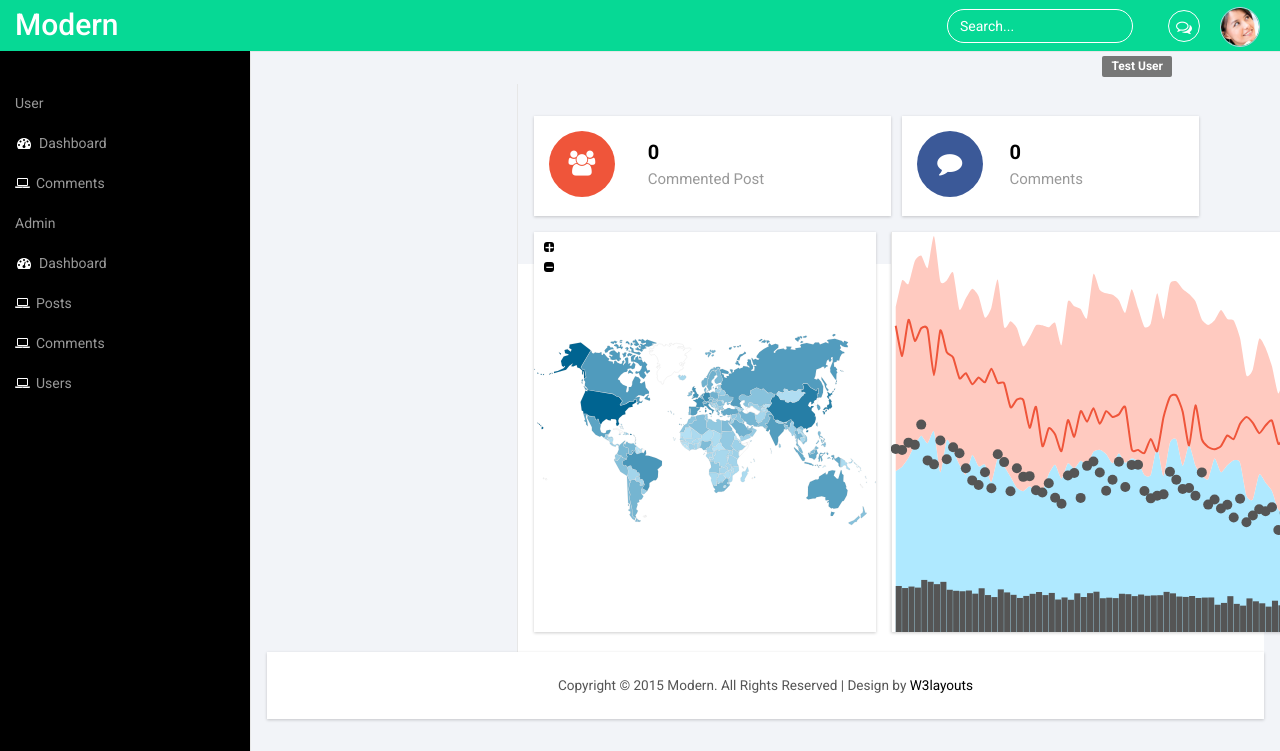
Repository: NomanMustafa/laravel-blog
Page: http://localhost/user/dashboard
These files come from the project's save history. The page is drawn as it stood at one moment and after the next save; the edit follows.
The browser window is 1280 px wide. The pictures show the whole page.
The page is served by the project's Laravel application, run on PHP 8.4 with Laravel 8. A made-up administrator, Test User (test@example.com), is signed in. Queries for data that is not in the repository find no rows.

Above is the page before, as saved 2020-07-06 14:42:32.

After the next save:
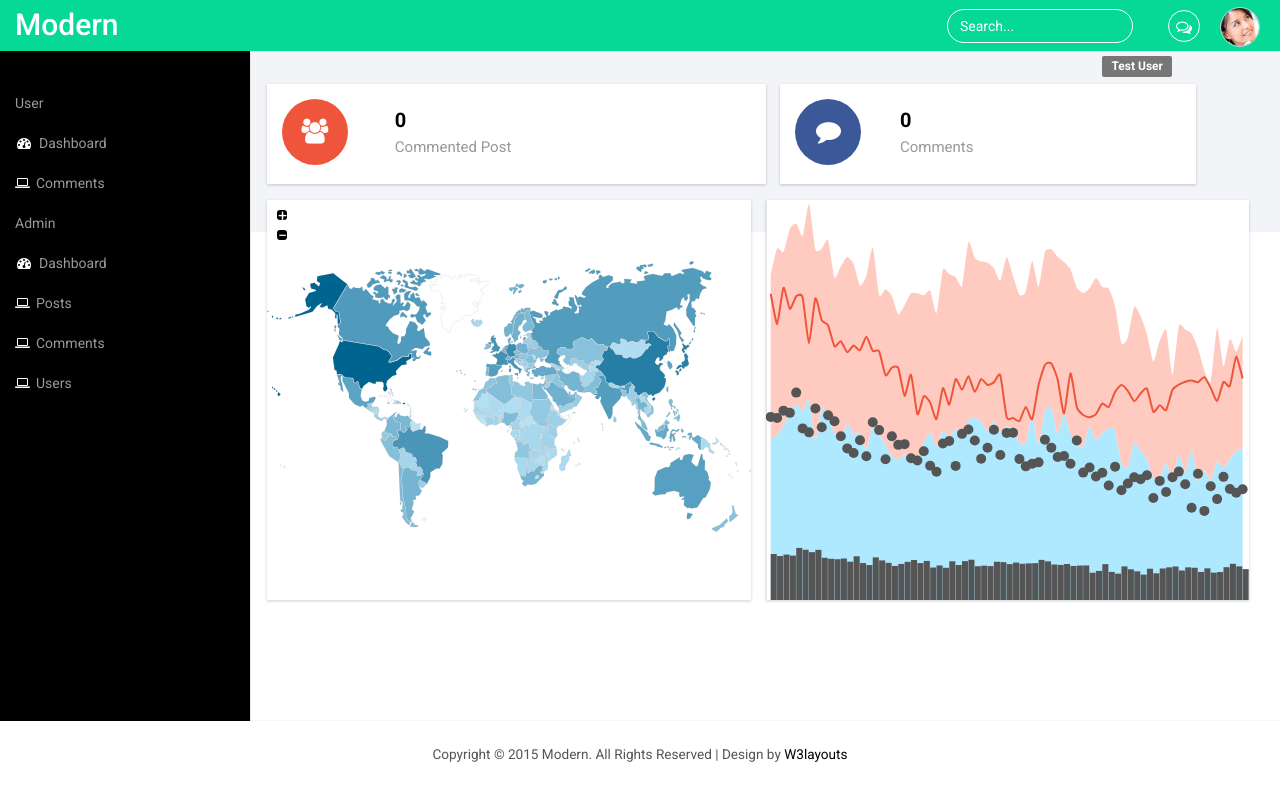
Saved 53 s later.
--- a/resources/views/user/dashboard.blade.php
+++ b/resources/views/user/dashboard.blade.php
@@ -1,8 +1,7 @@
 @extends('layouts.admin')
 
 @section('content')
-  <div id="page-wrapper">
-        <div class="graphs">
+
      	<div class="col_3">
 
         	<div class="col-md-6 widget widget1">
